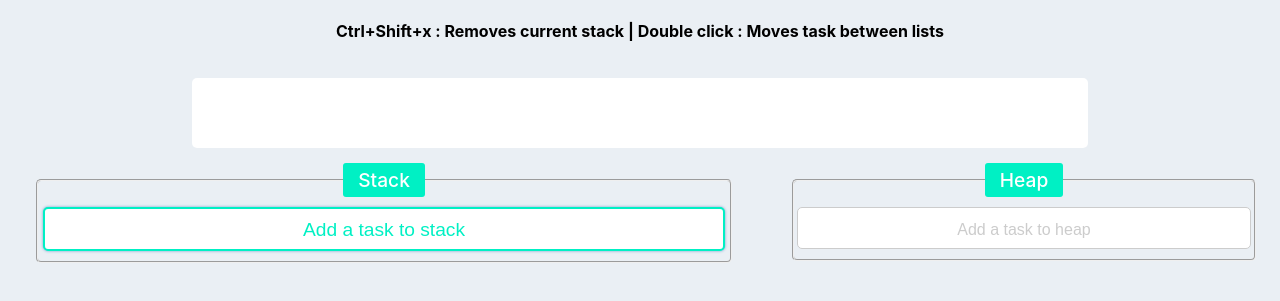
Repository: litalsh/meeting_v1
Page: /
The author's editor kept a copy of each file at every save. The page is drawn from the files as they stood at one save, then again after the next save.
The browser window is 1280 px wide. The pictures show the whole page.
The project was rebuilt for these pictures with package versions that can differ from the ones it lists, and the page was loaded fresh each time. Also part of the build but not shown: src/Task.js.

Above is the page before, as saved 2020-12-07 17:53:33.

### public/index.html
<!DOCTYPE html>
<html lang="en">
  <head>
    <meta charset="utf-8" />
    <meta name="viewport" content="width=device-width, initial-scale=1" />
    <meta name="theme-color" content="#000000" />
    <meta
      name="description"
      content="Web site created using create-react-app"
    />
    <link rel="apple-touch-icon" href="%PUBLIC_URL%/logo192.png" />
    <!--
      manifest.json provides metadata used when your web app is installed on a
      user's mobile device or desktop. See https://developers.google.com/web/fundamentals/web-app-manifest/
    -->
    <link rel="manifest" href="%PUBLIC_URL%/manifest.json" />
    <!--
      Notice the use of %PUBLIC_URL% in the tags above.
      It will be replaced with the URL of the `public` folder during the build.
      Only files inside the `public` folder can be referenced from the HTML.

      Unlike "/favicon.ico" or "favicon.ico", "%PUBLIC_URL%/favicon.ico" will
      work correctly both with client-side routing and a non-root public URL.
      Learn how to configure a non-root public URL by running `npm run build`.
    -->
    <title>Meeting Managment App</title>
  </head>
  <body>
    <noscript>You need to enable JavaScript to run this app.</noscript>
    <div id="root"></div>
    <!--
      This HTML file is a template.
      If you open it directly in the browser, you will see an empty page.

      You can add webfonts, meta tags, or analytics to this file.
      The build step will place the bundled scripts into the <body> tag.

      To begin the development, run `npm start` or `yarn start`.
      To create a production bundle, use `npm run build` or `yarn build`.
    -->
  </body>
</html>

### src/App.js
import React, { useState, useEffect } from "react";
import "./App.css";
import { v4 as uuidv4 } from "uuid";
import Task from "./Task";

const App = () => {
  const [stack, setStack] = useState([]);
  const [heap, setHeap] = useState([]);

  const newTaskHandler = (event) => {
    if (event.which === 13 && event.target.value !== '') {
      setStack([
        ...stack,
        { id: uuidv4(), type: 'stack', topic: event.target.value, isDone: false }
      ]);
      event.target.value = '';
    };
  };

  const newHeapHandler = (event) => {
    if (event.which === 13 && event.target.value !== '') {
      setHeap([
        ...heap,
        { id: uuidv4(), type: 'heap', topic: event.target.value, isDone: false }
      ]);
      event.target.value = '';
    };
  };

  const taskRemoveHandler = (id, type) => {
    if(type === 'stack'){
    const taskIndex = stack.findIndex(task => {
      return task.id === id;
    });

    let tempList = [...stack];
    tempList.splice(tempList[taskIndex], 1);
    setStack(tempList)
  };
    if(type === 'heap'){
      const taskIndex = heap.findIndex(task => {
        return task.id === id;
      });

      let tempList = [...heap];
      tempList.splice(tempList[taskIndex], 1);
      setHeap(tempList)
    };
    return console.log('taskRmoveHandler: ', stack);

  }

  const keyboardRemoveHandler = (e) => {

    if (e.ctrlKey && e.shiftKey && e.which === 88) {
      let tempStack = [...stack];
      tempStack.splice(tempStack.length - 1, 1);
      setStack(tempStack);
    }
  }
  useEffect(() => {
    if (document){
      document.addEventListener('keydown', keyboardRemoveHandler);
    }
    return () => {
      document.removeEventListener('keydown', keyboardRemoveHandler);
    }
  }, [stack]);

  // const keyboardCangeListHandler = (e, id, type) => {

  //   if (e.ctrlKey && e.which === 77) {
  //     changeListHandler(id, type);
  //   }
  // }

  const changeListHandler = (id, type) => {
    // move task from stack to heap
    if (type === 'stack') {
      const taskIndex = stack.findIndex(task => {
        return task.id === id;
      });
      setHeap([...heap, { id: stack[taskIndex].id, type: 'heap', topic: stack[taskIndex].topic, isDone: false }]);

      let tempStack = [...stack];
      tempStack.splice(taskIndex, 1);
      setStack(tempStack);
      console.log('change to heap ', stack, '  ', heap)
    };

    // move task from heap to stack
    if (type === 'heap') {
      const taskIndex = heap.findIndex(task => {
        return task.id === id;
      });
      setStack([...stack, { id: heap[taskIndex].id, type: 'stack', topic: heap[taskIndex].topic, isDone: false }]);

      let tempHeap = [...heap];
      tempHeap.splice(taskIndex, 1);
      setHeap(tempHeap);
      console.log('change to stack ', stack, '  ', heap)
    };
  }

  return (
    <div className="container">
      <h4>Ctrl+Shift+x : Removes current stack  |  Double click : Moves task between lists</h4>
      <div className="current-task">
        <h1>{stack[0] !== undefined ? stack[stack.length - 1].topic : null}</h1>
      </div>
      <fieldset className="task-list">
      <legend>Stack</legend>
        <ul>
          <>
            {console.log('1', stack)}
            {stack[0] !== undefined ? stack.map((task, id) => (
              <Task title={task.topic}
                key={id}
                remove={() => taskRemoveHandler(task.id, task.type)}
                move={() => changeListHandler(task.id, task.type)}
                 />
            )) : null}
          </>
        </ul>
        <input type="text" placeholder="Add a task to stack" onKeyDown={newTaskHandler} className='stack-input'  autoFocus aria-flowto='heap-input' />
      </fieldset>

      <fieldset className="task-list">
        <legend>Heap</legend>
        <input type="text" placeholder="Add a task to heap" onKeyDown={newHeapHandler} className='heap-input'  aria-flowto='stack-input' />
        <ul>
          <>
            {console.log('2', heap)}
            {heap[0] !== undefined ? heap.map((task, id) => (
              <Task title={task.topic}
                key={id}
                remove={() => taskRemoveHandler(task.id, task.type)}
                move={() => changeListHandler(task.id, task.type)}/>
            )) : null}
          </>
        </ul>
      </fieldset>
    </div>
  );
};

export default App;

### src/App.css
body{
 background-color:  #eaeff4;
}

h4 {
  text-align: center;
  grid-column: 1/3;}

.container {
  display: grid;
  grid-template-columns: 3fr 2fr;
}

.current-task {
  text-align: center;
  height: 70px;
  grid-column: 1/5;
  width: 70%;
  background: #fff;
  margin: 15px auto;
  border-radius: 5px;
  display: flex;
  align-items: center;
  flex-direction: column;
  justify-content: center;
}

.task-list {
  display: flex;
  flex-direction: column;
  align-self: start;
  border-radius: 5px;
  min-height: 4rem;
  padding: 5px 0;
  width: 90%;
  margin: 0 auto;
 }

 legend {
  margin: 0 auto;
  font-size: 1.2rem;
  font-weight: 500;
  background-color: #00f0c4;
  padding: 5px 15px;
  color: #fff;
  border-radius: 3px;
 }

ul {
  list-style-type: none;
  margin: 0;
  padding: 0;
}

li {
  border: 1px solid AliceBlue;
  width: 70%;
  line-height: 40px;
  margin: -1px auto;
  position: relative;
  background-color: #fff;
  cursor: pointer;
}

.task_item {
  width: 98%;
  line-height: 40px;
  margin: 3px auto;
  position: relative;
  text-align: center;
  border-radius: 5px;
}

.stack-input {
  border: 2px solid #00f0c4;
  width: 98%;
  line-height: 40px;
  margin: 5px auto;
  position: relative;
  text-align: center;
  border-radius: 5px;
  font-size: 1.3rem;
  padding: 0;
}

.heap-input {
  border: 1px solid #ccc;
  width: 98%;
  line-height: 40px;
  margin: 5px auto;
  position: relative;
  text-align: center;
  border-radius: 5px;
  font-size: 1.3rem;
  padding: 0;
}

.stack-input::placeholder{
  color: #00f0c4;
  font-size: 1.2rem;
}

.heap-input::placeholder{
  color: #ccc;
  font-size: 1rem;
}

.stack-input:focus {
  outline: none !important;
  border: 2px solid #00f0c4;
  box-shadow: 0 0 3px #719ECE;
}

.remove {
  width: 30px;
  height: 30px;
  position: absolute;
  top: 50%;
  right: 10px;
  transform: translateY(-50%);
  border-radius: 50%;
  border: none;
  font-weight: bold;
  color: gray;
  cursor: pointer;
}

Loaded but not shown: src/index.js (common file); src/index.css (common file); src/reportWebVitals.js (common file)

After the next save:
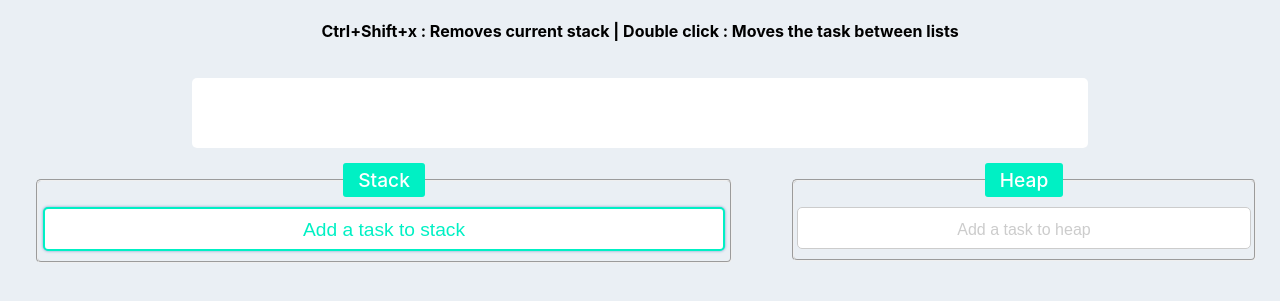
Saved 31 s later.
--- a/src/App.js
+++ b/src/App.js
@@ -104,7 +104,7 @@ const App = () => {
 
   return (
     <div className="container">
-      <h4>Ctrl+Shift+x : Removes current stack  |  Double click : Moves task between lists</h4>
+      <h4>Ctrl+Shift+x : Removes current stack  |  Double click : Moves the task between lists</h4>
       <div className="current-task">
         <h1>{stack[0] !== undefined ? stack[stack.length - 1].topic : null}</h1>
       </div>
